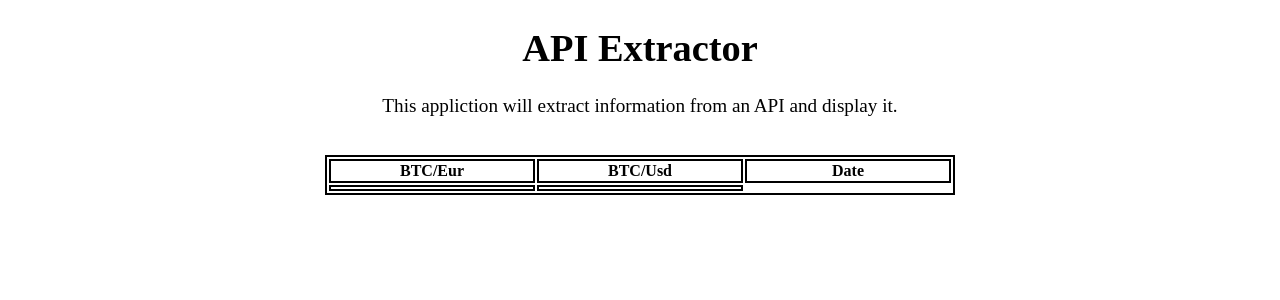
Repository: vxyux/api-extraction
Page: index.html
An editor plug-in stored every save of this project. The page is shown before and after the next save, followed by the edit.
The browser window is 1280 px wide. The pictures show the whole page.
The page's requests for data from a server got no answer.

Above is the page before, as saved 2023-09-05 10:48:43.

After the next save:
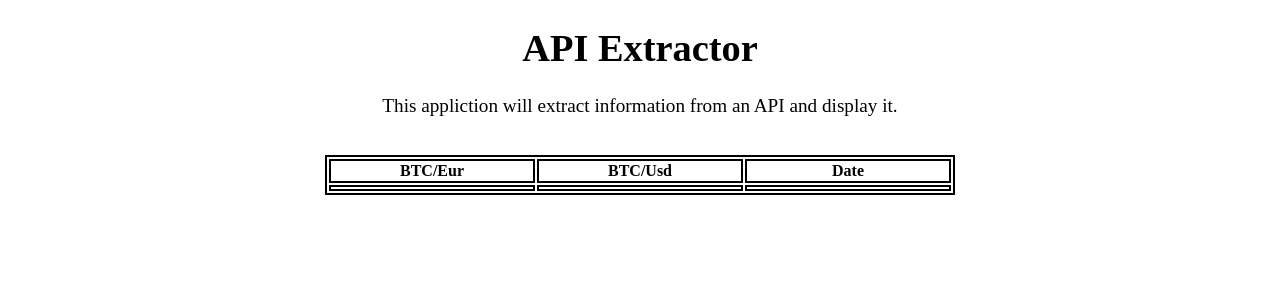
Saved 8 s later.
--- a/index.html
+++ b/index.html
@@ -24,6 +24,7 @@
   <tr>
       <td><div class="center" id="rate-eur"></div></td>
       <td><div class="center" id="rate-usd"></div></td>
+      <td><div class="center" id="date"></div></td>
     </div>
   </tr>
 </table>
